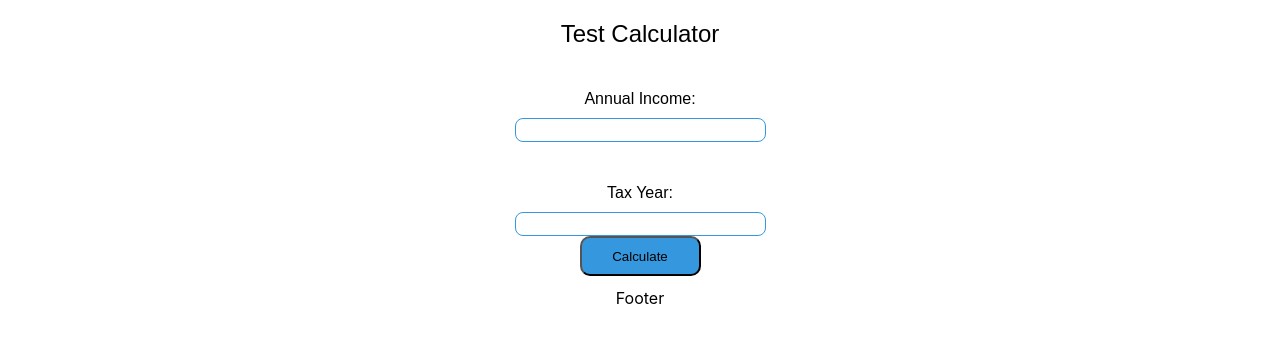
Repository: jbpadilha/taxcalculator
Page: /
An editor plug-in stored every save of this project. The page is shown before and after the next save, followed by the edit.
The browser window is 1280 px wide. The pictures show the whole page.
The project was rebuilt for these pictures with package versions that can differ from the ones it lists, and the page was loaded fresh each time.

Above is the page before, as saved 2023-06-16 21:16:35.

After the next save:
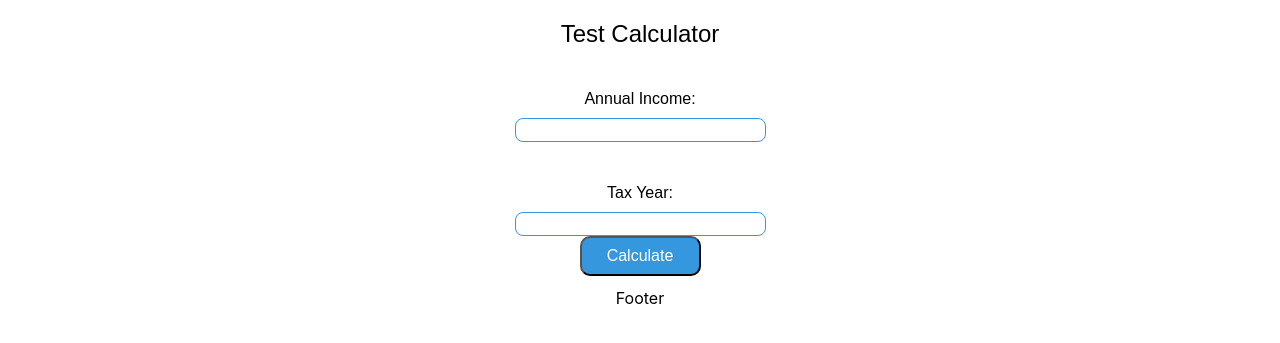
Saved 14 s later.
--- a/src/components/Main.tsx
+++ b/src/components/Main.tsx
@@ -48,12 +48,12 @@ const styles = {
         height: 40,
         borderRadius: 10,
         backgroundColor: '#3598de',
-        //backgroundSize: 'cover',
-        //fontFamily: 'Arial',
-        //fontSize: 16,
-        //color: '#ffffff',
+        backgroundSize: 'cover',
+        fontFamily: 'Arial',
+        fontSize: 16,
+        color: '#ffffff',
         //textDecoration: 'none solid rgb(255, 255, 255)',
-        //textAlign: 'center'
+        textAlign: 'center'
     },
 };
 
